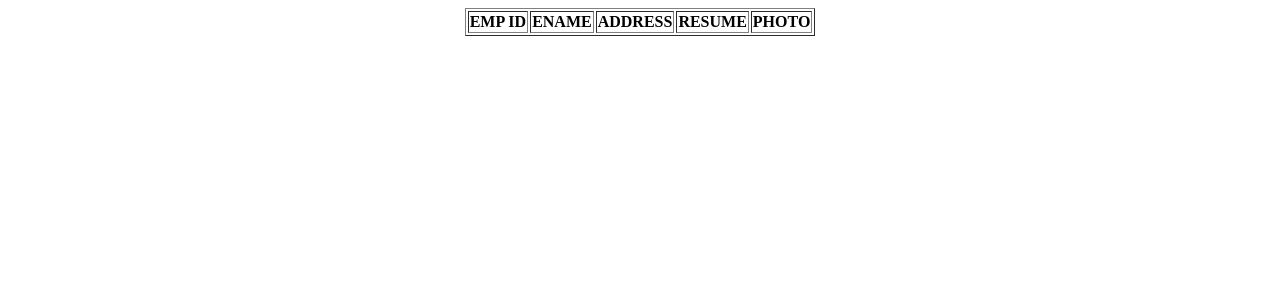
Repository: programmer-pns/servletProjects
Page: http://localhost/File_Upload_Download/getemployeedataurl
An editor plug-in stored every save of this project. The page is shown before and after the next save, followed by the edit.
The browser window is 1280 px wide. The pictures show the whole page.
The page is served by Tomcat 9. Queries for data that is not in the repository find no rows.

Above is the page before, as saved 2023-01-20 15:50:13.

After the next save:
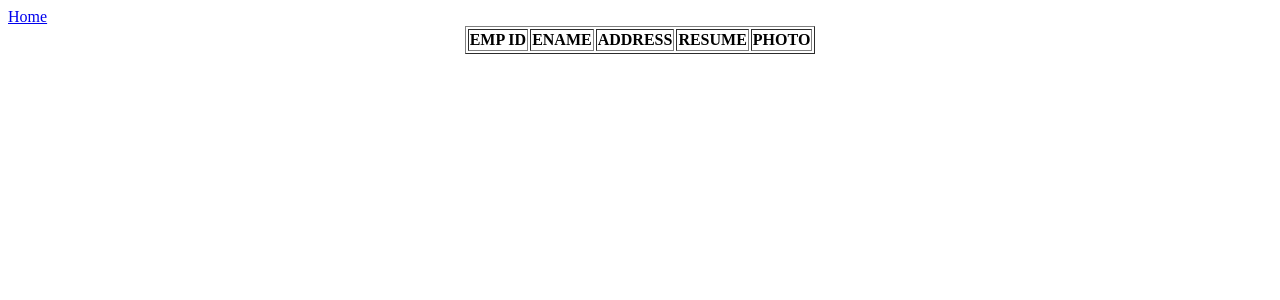
Saved 46 min 57 s later.
--- a/File_Upload_Download/src/main/java/com/pns/servlet/EmployeeData.java
+++ b/File_Upload_Download/src/main/java/com/pns/servlet/EmployeeData.java
@@ -65,7 +65,7 @@ public class EmployeeData extends HttpServlet {
 			}
 
 			//add home hyperlink
-			pw.print("<a href='EmployeeDetails.html'></a>");
+			pw.print("<a href='EmployeeDetails.html'>Home</a>");
 		}catch(SQLException sqe) {
 			sqe.printStackTrace();
 		}catch (Exception e) {
